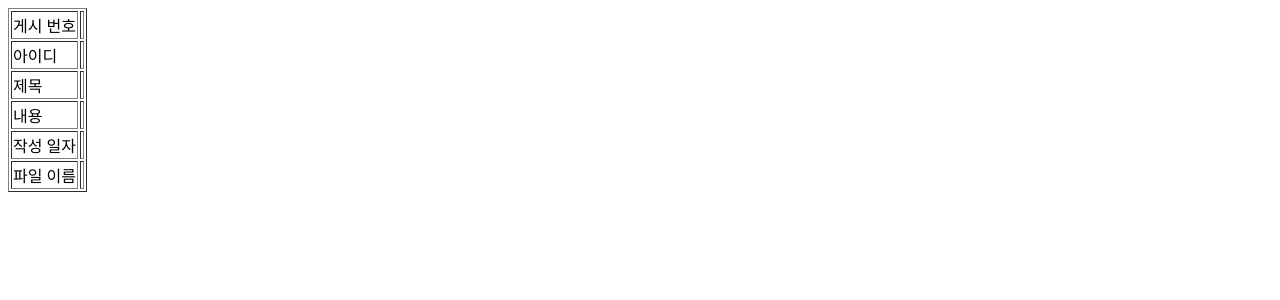
Repository: khy4701/JavaServerPage-Servlet
Page: http://localhost/07.BoardProejct/View.jsp
The author's editor kept a copy of each file at every save. The page is drawn from the files as they stood at one save, then again after the next save.
The browser window is 1280 px wide. The pictures show the whole page.
The page is served by Tomcat 9.

Above is the page before, as saved 2016-07-25 06:32:52.

After the next save:
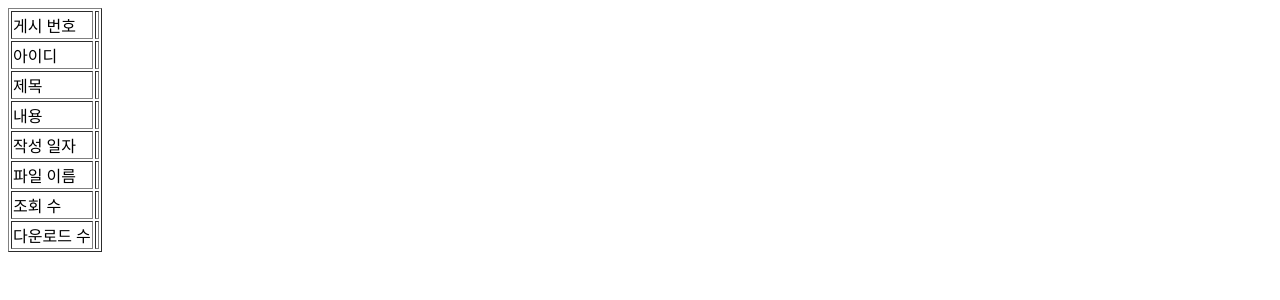
Saved 20 s later.
--- a/07.BoardProejct/WebContent/View.jsp
+++ b/07.BoardProejct/WebContent/View.jsp
@@ -20,6 +20,8 @@
     <tr><td> 내용	 </td> <td> ${content.age }  	  </td></tr>
     <tr><td> 작성 일자 </td> <td> ${content.address }   </td></tr>
     <tr><td> 파일 이름  </td> <td> ${content.regDate }   </td></tr>
+    <tr><td> 조회 수  </td> <td> ${content.regDate }   </td></tr>
+    <tr><td> 다운로드 수  </td> <td> ${content.regDate }   </td></tr>
 
 </table>
 
